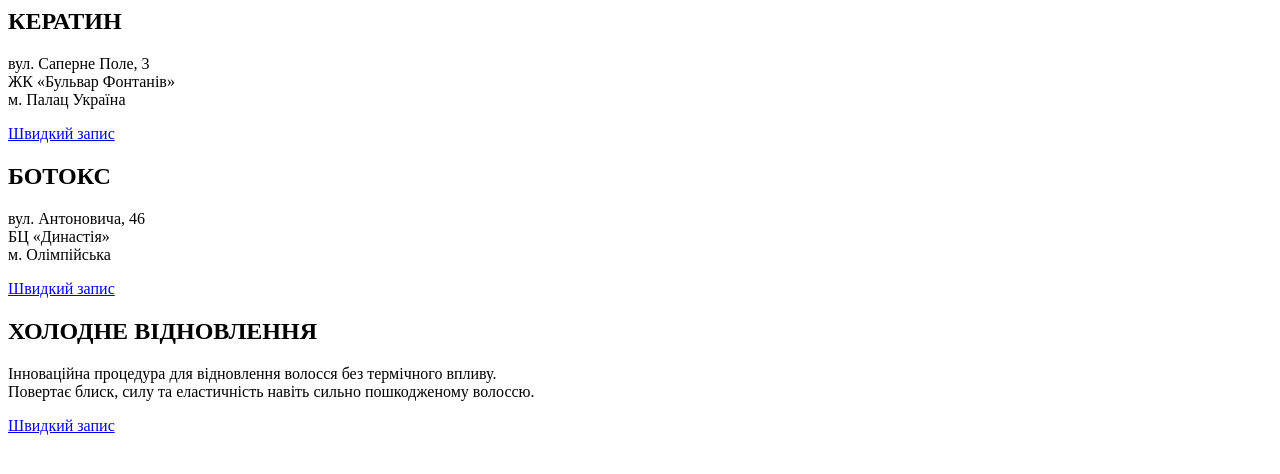
Repository: DianaKey/Keratin
Page: index.scroll.partial.html
The author's editor kept a copy of each file at every save. The page is drawn from the files as they stood at one save, then again after the next save.
The browser window is 1280 px wide. The pictures show the whole page.

Above is the page before, as saved 2025-09-04 12:49:05.

### index.scroll.partial.html
<section class="hero-section hero-section--form-1">
  <div class="hero-section__overlay"></div>
  <div class="hero-section__content js-reveal">
    <h2 class="hero-section__title">КЕРАТИН</h2>
    <p class="hero-section__text">
      вул. Саперне Поле, 3<br />
      ЖК «Бульвар Фонтанів»<br />
      м. Палац Україна
    </p>
    <a class="hero-section__btn" href="#">Швидкий запис</a>
  </div>
</section>

<section class="hero-section hero-section--form-2">
  <div class="hero-section__overlay"></div>
  <div class="hero-section__content js-reveal">
    <h2 class="hero-section__title">БОТОКС</h2>
    <p class="hero-section__text">
      вул. Антоновича, 46<br />
      БЦ «Династія»<br />
      м. Олімпійська
    </p>
    <a class="hero-section__btn" href="#">Швидкий запис</a>
  </div>
</section>

<section class="hero-section hero-section--form-3">
  <div class="hero-section__overlay"></div>
  <div class="hero-section__content js-reveal">
    <h2 class="hero-section__title">ХОЛОДНЕ ВІДНОВЛЕННЯ</h2>
    <p class="hero-section__text">
      Інноваційна процедура для відновлення волосся без термічного впливу.<br />
      Повертає блиск, силу та еластичність навіть сильно пошкодженому волоссю.<br />
    </p>
    <a class="hero-section__btn" href="#">Швидкий запис</a>
  </div>
</section>

After the next save:
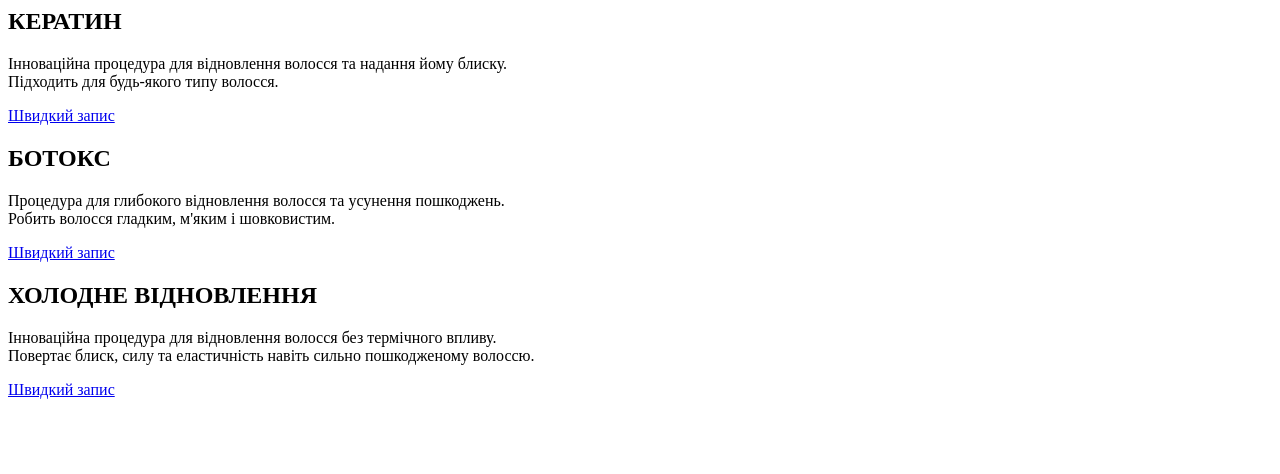
Saved 101 s later.
--- a/index.scroll.partial.html
+++ b/index.scroll.partial.html
@@ -3,9 +3,8 @@
   <div class="hero-section__content js-reveal">
     <h2 class="hero-section__title">КЕРАТИН</h2>
     <p class="hero-section__text">
-      вул. Саперне Поле, 3<br />
-      ЖК «Бульвар Фонтанів»<br />
-      м. Палац Україна
+      Інноваційна процедура для відновлення волосся та надання йому блиску.<br />
+      Підходить для будь-якого типу волосся.<br />
     </p>
     <a class="hero-section__btn" href="#">Швидкий запис</a>
   </div>
@@ -16,9 +15,8 @@
   <div class="hero-section__content js-reveal">
     <h2 class="hero-section__title">БОТОКС</h2>
     <p class="hero-section__text">
-      вул. Антоновича, 46<br />
-      БЦ «Династія»<br />
-      м. Олімпійська
+      Процедура для глибокого відновлення волосся та усунення пошкоджень.<br />
+      Робить волосся гладким, м'яким і шовковистим.<br />
     </p>
     <a class="hero-section__btn" href="#">Швидкий запис</a>
   </div>
